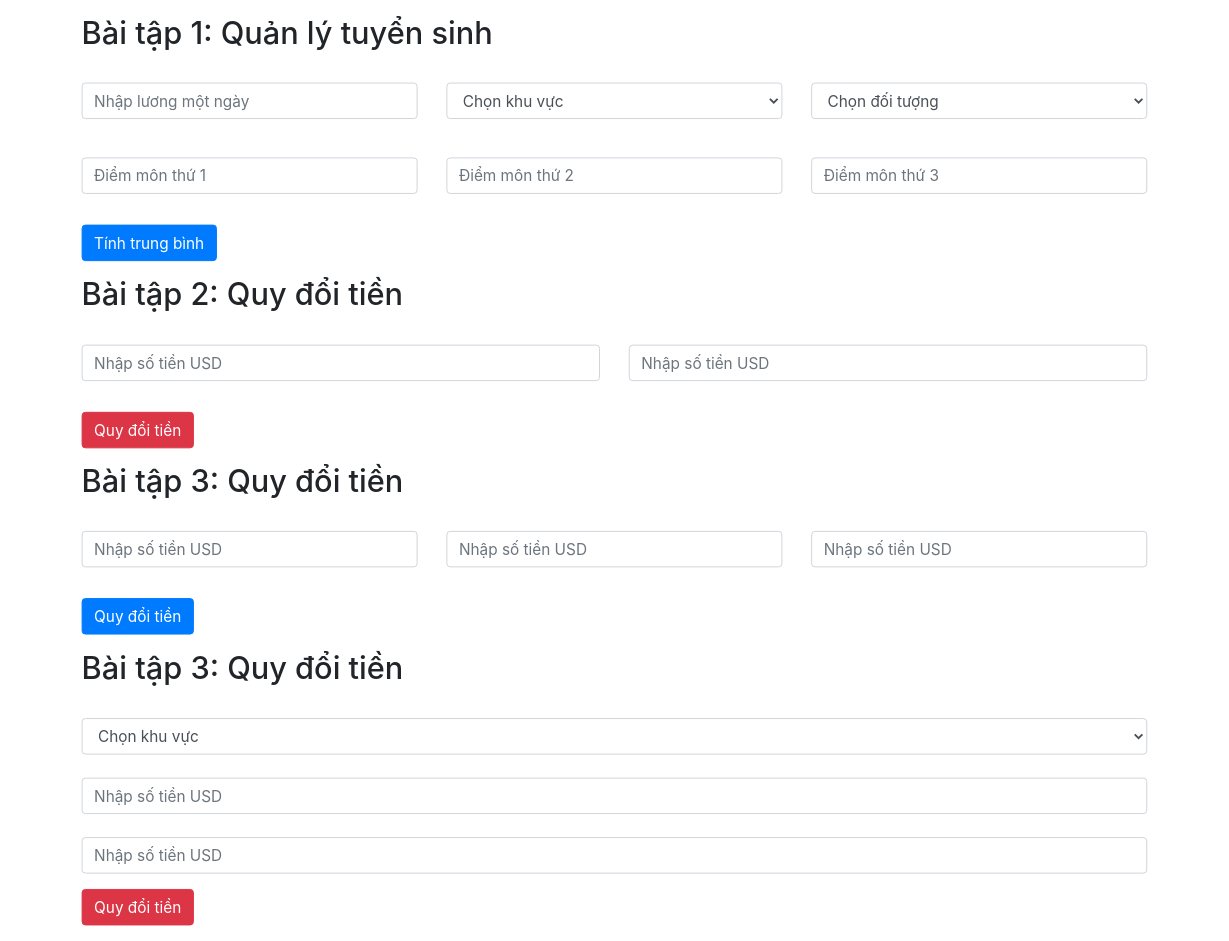
Repository: thanhfrankie/BC10-LeMinhThanh-Js-b5
Page: index.html
An editor plug-in stored every save of this project. The page is shown before and after a run of saves, followed by the edit.
The browser window is 1280 px wide. The pictures show the whole page, at 96% of full size.

Above is the page before, as saved 2023-12-15 17:38:38.

After the next 4 saves:
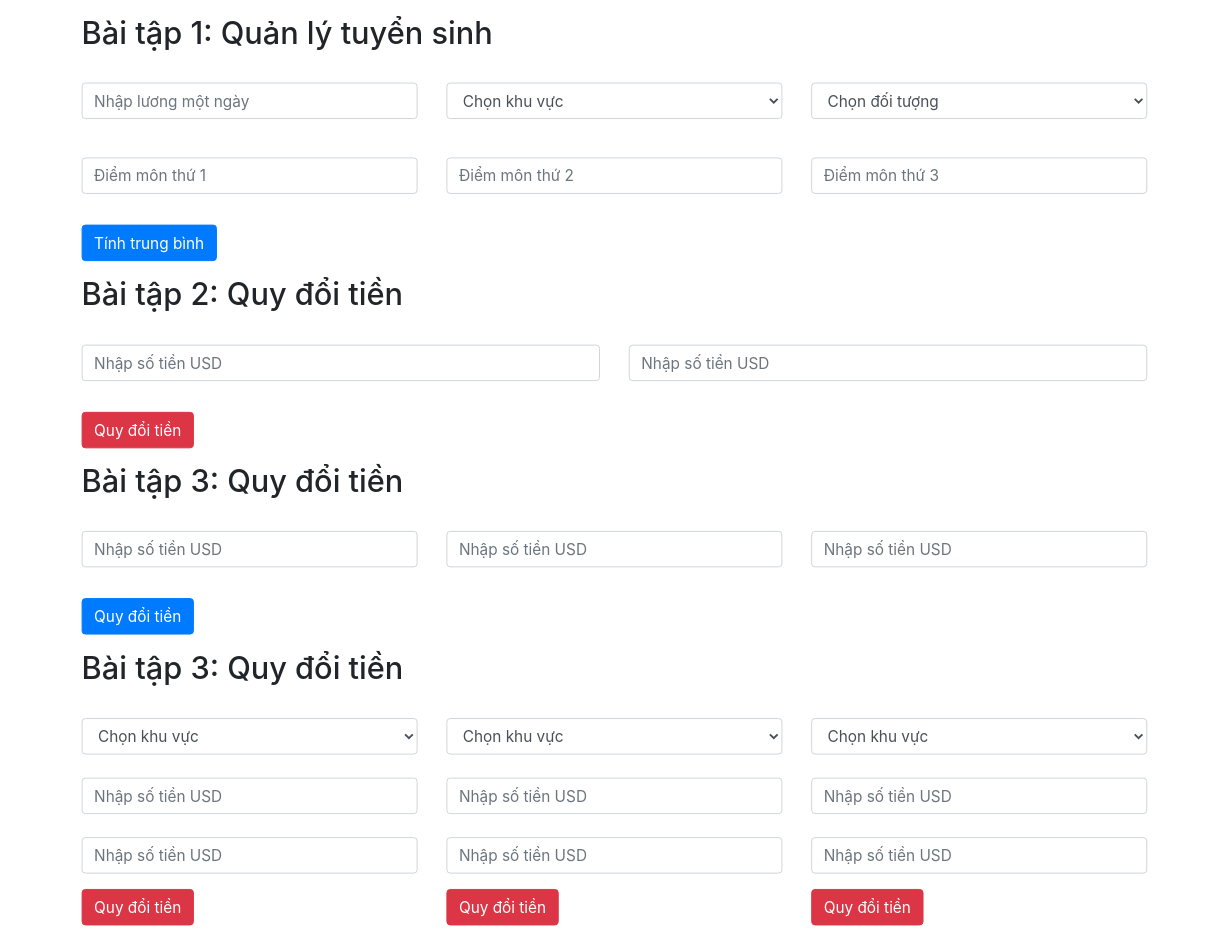
The 4 saves are shown as one change because they came seconds apart.
The last was saved 16 s later.
--- a/index.html
+++ b/index.html
@@ -199,44 +199,110 @@
         <div class="container">
             <h2 class="mt-3">Bài tập 3: Quy đổi tiền</h2>
             <div class="row">
-                <div class="col-sm-4"></div>
-                <div class="col-sm-4"></div>
-                <div class="col-sm-4"></div>
-            </div>
-            <div class="form-group">
-                <label for=""></label>
-                <select class="form-control" id="">
-                    <option selected>Chọn khu vực</option>
-                    <option>A</option>
-                    <option>B</option>
-                    <option>C</option>
-                </select>
-                <label for="so-luong-USD"></label>
-                <input
-                  type="text"
-                  class="form-control"
-                  name=""
-                  id="so-luong-USD"
-                  aria-describedby="helpId"
-                  placeholder="Nhập số tiền USD"
-                  required
-                />
-
-              <label for="so-luong-USD"></label>
-              <input
-                type="number"
-                class="form-control"
-                name=""
-                id="so-luong-USD"
-                aria-describedby="helpId"
-                placeholder="Nhập số tiền USD"
-                required
-              />
-
-              <button type="button" onclick="quyDoiTien()" class="btn btn-danger mt-3">
-               Quy đổi tiền
-              </button>
-            </div>
+                <div class="col-sm-4"> <div class="form-group">
+                    <label for=""></label>
+                    <select class="form-control" id="">
+                        <option selected>Chọn khu vực</option>
+                        <option>A</option>
+                        <option>B</option>
+                        <option>C</option>
+                    </select>
+                    <label for="so-luong-USD"></label>
+                    <input
+                      type="text"
+                      class="form-control"
+                      name=""
+                      id="so-luong-USD"
+                      aria-describedby="helpId"
+                      placeholder="Nhập số tiền USD"
+                      required
+                    />
+
+                  <label for="so-luong-USD"></label>
+                  <input
+                    type="number"
+                    class="form-control"
+                    name=""
+                    id="so-luong-USD"
+                    aria-describedby="helpId"
+                    placeholder="Nhập số tiền USD"
+                    required
+                  />
+
+                  <button type="button" onclick="quyDoiTien()" class="btn btn-danger mt-3">
+                   Quy đổi tiền
+                  </button>
+                </div></div>
+                <div class="col-sm-4"> <div class="form-group">
+                    <label for=""></label>
+                    <select class="form-control" id="">
+                        <option selected>Chọn khu vực</option>
+                        <option>A</option>
+                        <option>B</option>
+                        <option>C</option>
+                    </select>
+                    <label for="so-luong-USD"></label>
+                    <input
+                      type="text"
+                      class="form-control"
+                      name=""
+                      id="so-luong-USD"
+                      aria-describedby="helpId"
+                      placeholder="Nhập số tiền USD"
+                      required
+                    />
+
+                  <label for="so-luong-USD"></label>
+                  <input
+                    type="number"
+                    class="form-control"
+                    name=""
+                    id="so-luong-USD"
+                    aria-describedby="helpId"
+                    placeholder="Nhập số tiền USD"
+                    required
+                  />
+
+                  <button type="button" onclick="quyDoiTien()" class="btn btn-danger mt-3">
+                   Quy đổi tiền
+                  </button>
+                </div></div>
+                <div class="col-sm-4"> <div class="form-group">
+                    <label for=""></label>
+                    <select class="form-control" id="">
+                        <option selected>Chọn khu vực</option>
+                        <option>A</option>
+                        <option>B</option>
+                        <option>C</option>
+                    </select>
+                    <label for="so-luong-USD"></label>
+                    <input
+                      type="text"
+                      class="form-control"
+                      name=""
+                      id="so-luong-USD"
+                      aria-describedby="helpId"
+                      placeholder="Nhập số tiền USD"
+                      required
+                    />
+
+                  <label for="so-luong-USD"></label>
+                  <input
+                    type="number"
+                    class="form-control"
+                    name=""
+                    id="so-luong-USD"
+                    aria-describedby="helpId"
+                    placeholder="Nhập số tiền USD"
+                    required
+                  />
+
+                  <button type="button" onclick="quyDoiTien()" class="btn btn-danger mt-3">
+                   Quy đổi tiền
+                  </button>
+                </div></div>
+            </div>
+
             <h3 id="so-luong-VND" class="text-success"></h3>
           </div>
 
